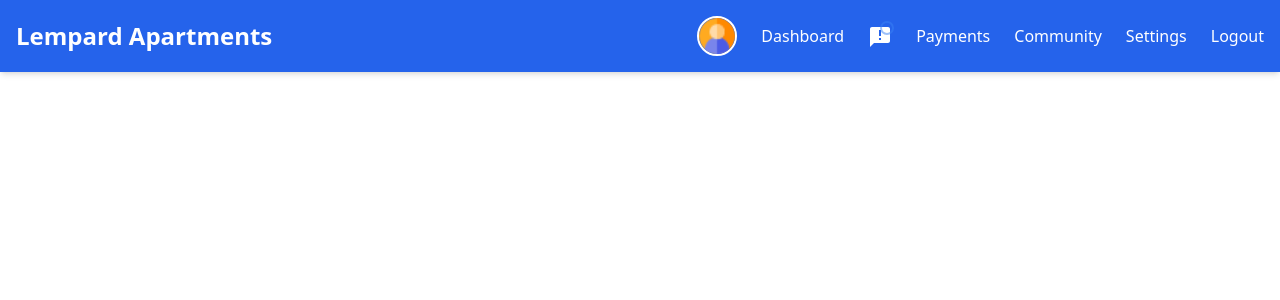
Repository: makanda596/system
Page: /home (app in client/)
The author's editor kept a copy of each file at every save. The page is drawn from the files as they stood at one save, then again after the next save.
The browser window is 1280 px wide. The pictures show the whole page.
The project was rebuilt for these pictures with package versions that can differ from the ones it lists, and the page was loaded fresh each time. Also part of the build but not shown: client/src/SignUpForm.jsx, client/src/LoginForm.jsx. Imported but missing from the stored project, and not drawn on this page: client/src/reportWebVitals.

Above is the page before, as saved 2024-12-03 09:29:57.

### client/src/App.js
import React from 'react';
import { BrowserRouter as Router, Route, Routes } from 'react-router-dom';
import Home from './Home.jsx'
import SignUpForm from './SignUpForm.jsx'
import LoginForm from './LoginForm.jsx'
function App() {
  return (
    <div>
      <Router>
        <Routes>
          <Route path="/signup" element={<SignUpForm />} />
          <Route path='/' element={<LoginForm />} />
          <Route path='/home' element={<Home />} />
        </Routes>
      </Router>
    </div>
  );
}

export default App;

### client/src/Home.jsx
import React from 'react';
import Navbar from '../src/componets/Navbar'
function Home() {
    return (
        <div>
            <Navbar />
        </div>
    );
}

export default Home;

### client/src/componets/Navbar.jsx
import React, { useState } from 'react';
import { Link } from 'react-router-dom';
import avatar from '../assets/avatar.png'
import AnnouncementIcon from '@mui/icons-material/Announcement';
function Navbar() {
    const handleLogout = () => {
        // Logic for logging out (e.g., clearing session data, tokens, etc.)
        window.location.href = '/login'; // Redirect to the login page after logout
    };
    const [alert, setAlert] = useState(3)

    return (
        <nav className="bg-blue-600 shadow-md">
            <div className="max-w-7xl mx-auto px-4 py-4 flex justify-between items-center">
                {/* Logo or Apartment Name */}
                <h1 className="text-white text-2xl font-bold">Lempard Apartments</h1>

                {/* Navbar links */}
                <div className="flex space-x-6 items-center text-white">
                    {/* Profile Picture and Profile Link */}
                    <div className="relative">
                        <img
                            src={avatar} // Replace with actual profile picture URL
                            alt=""
                            className="w-10 h-10 rounded-full border-2 border-white"
                        />
                    </div>

                    {/* Dashboard Link */}
                    <Link to="/dashboard" className="hover:text-blue-300">Dashboard</Link>
                    <div className="relative">
                        <span className="absolute top-0 right-0 inline-block w-2.5 h-2.5 rounded-full ring-2 ">
                            {alert > 0 ? <p className='bg-red-500 '>{alert.length} </p> : <p className='bg-green-500 ring-green'>0</p>}
                        </span>
                        <AnnouncementIcon />
                    </div>
                    {/* Payments Link */}
                    <Link to="/payments" className="hover:text-blue-300">Payments</Link>

                    {/* Community Link */}
                    <Link to="/community" className="hover:text-blue-300">Community</Link>

                    {/* Settings Link */}
                    <Link to="/settings" className="hover:text-blue-300">Settings</Link>




                    {/* Logout Button */}
                    <button onClick={handleLogout} className="hover:text-blue-300">Logout</button>
                </div>
            </div>
        </nav>
    );
}

export default Navbar;

Loaded but not shown: client/src/index.js (common file); client/src/index.css (common file); client/tailwind.config.js (common file)

After the next save:
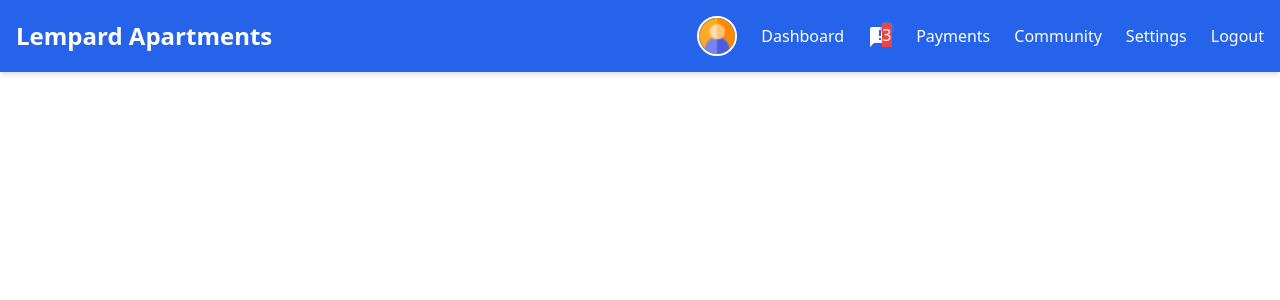
Saved 15 s later.
--- a/client/src/componets/Navbar.jsx
+++ b/client/src/componets/Navbar.jsx
@@ -30,7 +30,7 @@ function Navbar() {
                     <Link to="/dashboard" className="hover:text-blue-300">Dashboard</Link>
                     <div className="relative">
                         <span className="absolute top-0 right-0 inline-block w-2.5 h-2.5 rounded-full ring-2 ">
-                            {alert > 0 ? <p className='bg-red-500 '>{alert.length} </p> : <p className='bg-green-500 ring-green'>0</p>}
+                            {alert > 0 ? <p className='bg-red-500 '>{alert} </p> : <p className='bg-green-500 ring-green'>0</p>}
                         </span>
                         <AnnouncementIcon />
                     </div>
